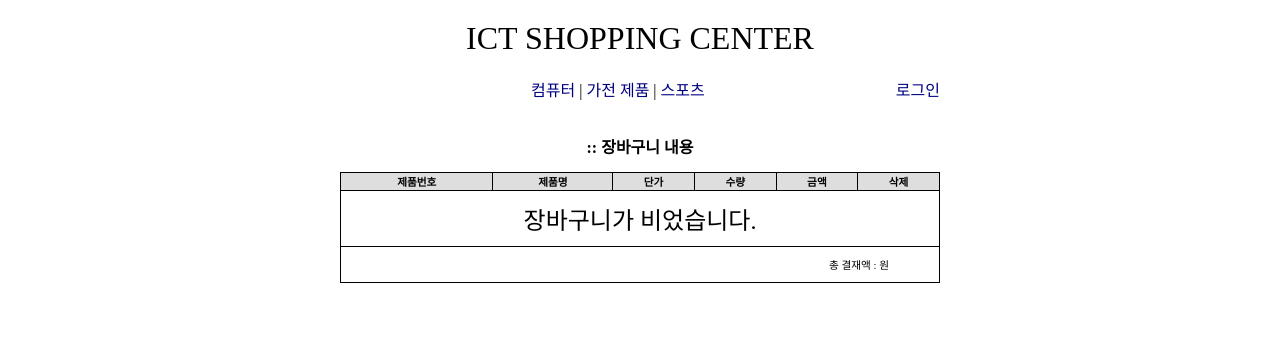
Repository: xlz5000/ICT
Page: http://localhost/spring_mvc02/WEB-INF/views/day08/cartList.jsp
The author's editor kept a copy of each file at every save. The page is drawn from the files as they stood at one save, then again after the next save.
The browser window is 1280 px wide. The pictures show the whole page.
The page is served by Tomcat 9. Nobody is signed in. The template is opened directly, without the code that normally fills it, so the values that code supplies are empty.

Above is the page before, as saved 2025-04-17 05:57:57.

After the next save:
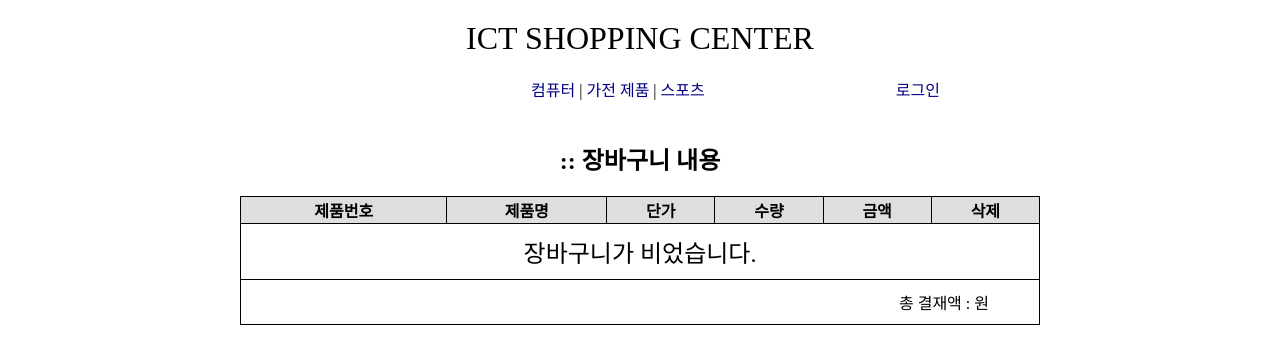
Saved 95 s later.
--- a/spring_mvc02/src/main/webapp/WEB-INF/views/day08/cartList.jsp
+++ b/spring_mvc02/src/main/webapp/WEB-INF/views/day08/cartList.jsp
@@ -10,9 +10,9 @@
 <style type="text/css">
 table {
 	margin: 10px auto;
-	width: 600px;
+	width: 800px;
 	border-collapse: collapse;
-	font-size: 8pt;
+	font-size: 12pt;
 	border-color: navy;
 }
 
